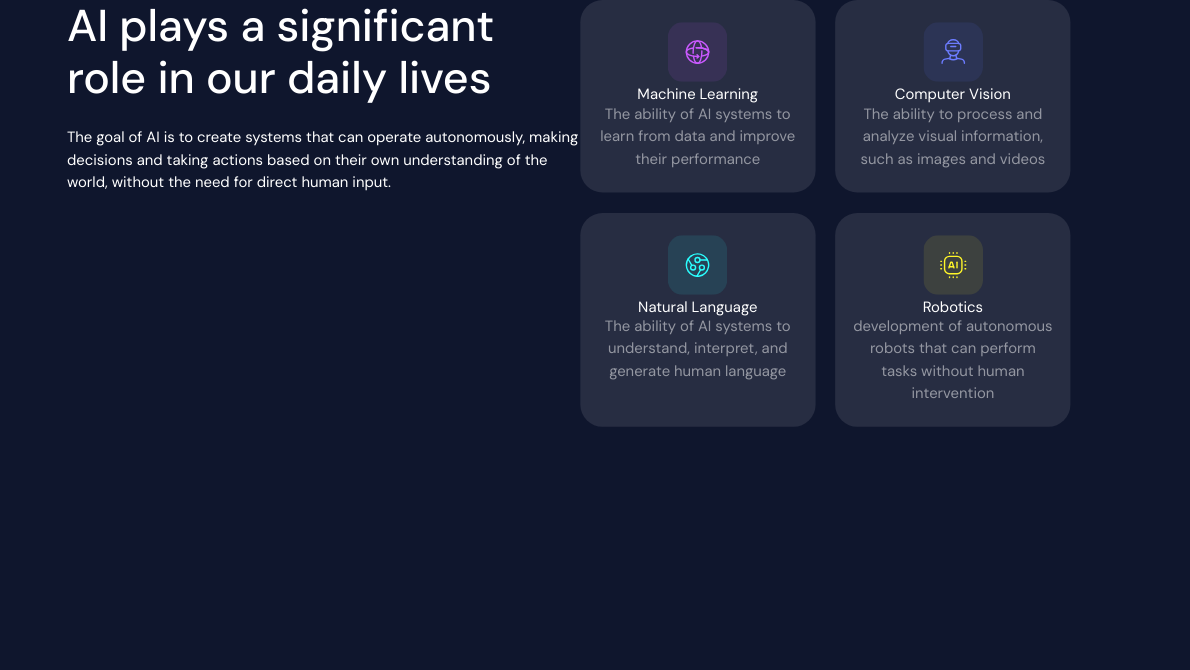
Repository: alphatra/INVO-Academy
Page: / (app in [lvl 1] Sekcja 4 obszarów AI/Starter-code/)
These files come from the project's save history. The page is drawn as it stood at one moment and after the next save; the edit follows.
The browser window is 1280 px wide. The pictures show the whole page, at 93% of full size.
The project was rebuilt for these pictures with package versions that can differ from the ones it lists, and the page was loaded fresh each time.

Above is the page before, as saved 2023-03-09 21:54:51.
Console error: TypeError: Cannot read properties of null (reading 'addEventListener')

### [lvl 1] Sekcja 4 obszarów AI/Starter-code/index.html
<!DOCTYPE html>
<html lang="en">

<head>
  <meta charset="UTF-8" />
  <link rel="icon" type="image/svg+xml" href="/vite.svg" />
  <meta name="viewport" content="width=device-width, initial-scale=1.0" />
  <title>INVO Academy JS Starter with Vite</title>
</head>

<!-- In order to start your challenge, remove all the content inside <div id="home-page"></div> and start coding :) -->

<body>
  <section class="hero">
    <div class="hero__header">
      <div class="hero__title"><span>AI plays a significant role in our daily lives</span></div>
      <div class="hero__description">
        <span>
          The goal of AI is to create systems that can operate
          autonomously, making decisions and taking actions based on
          their own understanding of the world, without the need for direct human input.
        </span>
      </div>
    </div>
    <div class="hero__categories">
      <div class="hero__category">
        <div class="hero__category-image">
          <img src="/public/images/ML.svg" alt="Machine Learning">
        </div>
        <div class="hero__category-title">
          <span>Machine Learning</span></div>
        <div class="hero__category-description">
          <span>The ability of AI systems to learn from data and improve their performance</span></div>
      </div>
      <div class="hero__category">
        <div class="hero__category-image">
          <img src="/public/images/CV.svg" alt="Computer Vision">
        </div>
        <div class="hero__category-title">
          <span>Computer Vision</span></div>
        <div class="hero__category-description">
          <span>The ability to process and analyze visual information, such as images and videos</span></div>
      </div>
      <div class="hero__category">
        <div class="hero__category-image">
          <img src="/public/images/NL.svg" alt="Natural Language">
        </div>
        <div class="hero__category-title">
          <span>Natural Language</span></div>
        <div class="hero__category-description">
          <span> The ability of AI systems to understand, interpret, and generate human language</span></div>
      </div>
      <div class="hero__category">
        <div class="hero__category-image">
          <img src="/public/images/AI.svg" alt="Robotics">
        </div>
        <div class="hero__category-title">
          <span>Robotics</span></div>
        <div class="hero__category-description">
          <span>development of autonomous robots that can perform tasks without human intervention</span></div>
      </div>
    </div>
  </section>


  <script type="module" src="/src/global-scripts/main.js"></script>
  <script type="module" src="/src/pages/home-page/scripts/home-page.js"></script>
</body>

</html>

### [lvl 1] Sekcja 4 obszarów AI/Starter-code/src/pages/home-page/scripts/home-page.js
/// Homepage JavaScript File
/// Here we import all the JavaScript files we need for our homepage.

import '../styles/home-page.scss'

import { setupCounter } from '../../../global-scripts/scripts/counter/counter.js'

setupCounter(document.querySelector('#counter'))

### [lvl 1] Sekcja 4 obszarów AI/Starter-code/src/global-styles/style.scss
/// Main Styles File
/// Here we import all the global Styles files we need for our project.

@import "styles/normalize.scss";
@import "styles/root.scss";
@import "styles/fonts.scss";

body {
  font-family: 'Roboto', sans-serif;
  color: var(--color-primary);
}

p {
  color: var(--color-on-surface);
}

### [lvl 1] Sekcja 4 obszarów AI/Starter-code/src/pages/home-page/styles/home-page.scss
    /// Homepage Styles File
    /// Here we import all the Styles files we need for our Homepage.

    body {
        background-color: #0F162D;
    }

    h1,
    p,
    span {
        font-family: 'DM Sans', sans-serif;
        color: white;
    }

    .hero {
        max-width: 1136px;
        margin: auto;
        display: flex;
        align-items: flex-start;

        &__header {
            margin-right: auto;
            }

        &__title{
            margin-block-start: 0;
            font-size: 48px;
            line-height: 56px;
            font-weight: 500;
            letter-spacing: -0.002em;
            margin-bottom: 24px
        }
        &__description{
            font-size: 16px;
            line-height: 24px;
            font-weight: 400;
        }

        &__categories {
            display: grid;
            margin-right: 5%;
            grid-template-columns: repeat(2, minmax(45%, 1fr));
            column-gap: 4%;
            row-gap: 5%;
            text-align: center;
        }

        &__category {
                background: #272D42;
                border-radius: 24px;
                color: white;
                padding-top: 24px;
                padding-bottom: 24px;
                padding-left: 16px;
                padding-right: 16px;
                transition: box-shadow 0.2s ease-in-out;

                &-image{

                }
                &-title{

                }
                &-description {
                    font-size: 16px;
                    line-height: 24px;
                    font-weight: 400;
                    opacity: 0.5;
                }
            }

            &__category:hover {
                box-shadow: 0 0 10px #fff, 0 0 20px #fff, 0 0 40px #0F162D, 0 0 60px #0F162D;
            }
        }

        @media screen and (max-width: 834px) {
            main {
                display: grid;
                gap: 5%;
                margin-top: 30%;
                padding: 0 20%;
            }

            .header {
                margin-right: 0;

                &__text {
                    margin-right: 0;
                    padding: 0;
                }
            }

            .categories {
                margin-right: auto;

            }
        }

        @media screen and (max-width: 375px) {
            main {
                margin-top: 14%;
                gap: 2%;
                display: grid;
                flex-direction: column;
                padding: 0 5%;
            }

            .header {
                &__text {
                    h1 {
                        font-size: 32px;
                        line-height: 40px;
                    }

                    span {
                        font-size: 16px;
                        line-height: 24px;
                    }
                }
            }

            .categories {
                grid-template-columns: repeat(1, 100%);
                row-gap: 3%;
            }

        }

### [lvl 1] Sekcja 4 obszarów AI/Starter-code/src/global-scripts/scripts/counter/counter.js
/// Sample js file for demo purposes
/// Remember to always export your functions
/// so that they can be used in other files

export function setupCounter(element) {
  let counter = 0
  const setCounter = (count) => {
    counter = count
    element.innerHTML = `script test - count is ${counter}`
  }
  element.addEventListener('click', () => setCounter(counter + 1))
  setCounter(0)
}

### [lvl 1] Sekcja 4 obszarów AI/Starter-code/src/global-styles/styles/root.scss
/// Root Styles file
/// Here we define all the root variables we need for our project.
/// For examples see Material Design color system: https://m2.material.io/design/color/the-color-system.html

:root {
    --color-primary: #5721f2;
    --color-on-surface: #000;
}

### [lvl 1] Sekcja 4 obszarów AI/Starter-code/src/global-styles/styles/fonts.scss
/// Main Fonts File
/// Here we import all the fonts files we need for our project.

@import url('https://fonts.googleapis.com/css2?family=Roboto:ital,wght@0,100;0,300;0,400;0,500;0,700;0,900;1,100;1,300;1,400;1,500;1,700;1,900&display=swap');
@import url('https://fonts.googleapis.com/css2?family=DM+Sans:wght@400;500&display=swap');

Loaded but not shown: [lvl 1] Sekcja 4 obszarów AI/Starter-code/src/global-scripts/main.js (common file); [lvl 1] Sekcja 4 obszarów AI/Starter-code/src/global-styles/styles/normalize.scss (common file)

After the next save:
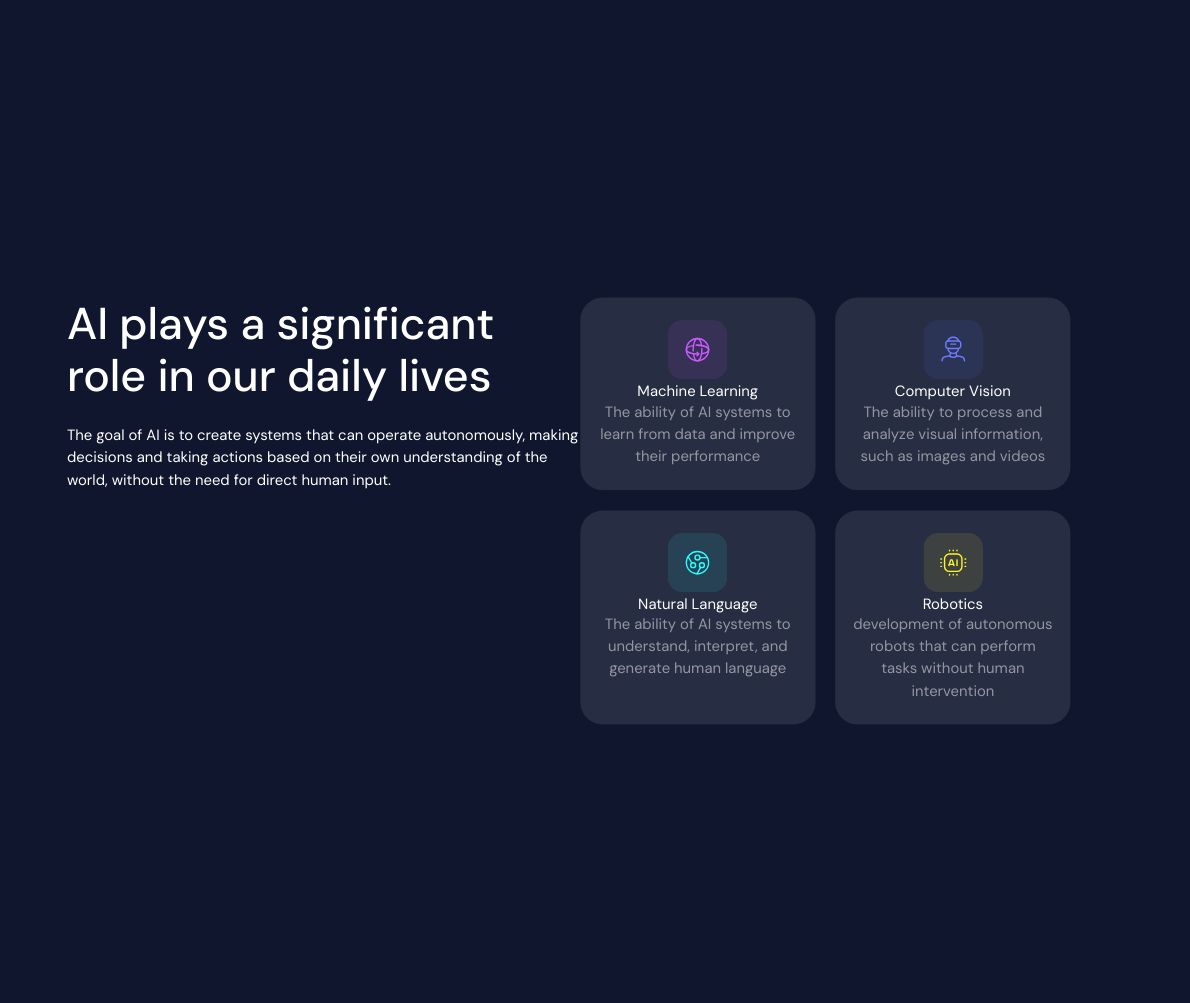
Saved 4 s later.
--- a/[lvl 1] Sekcja 4 obszarów AI/Starter-code/src/pages/home-page/styles/home-page.scss
+++ b/[lvl 1] Sekcja 4 obszarów AI/Starter-code/src/pages/home-page/styles/home-page.scss
@@ -14,7 +14,7 @@
 
     .hero {
         max-width: 1136px;
-        margin: auto;
+        margin:  25% auto;
         display: flex;
         align-items: flex-start;
 
